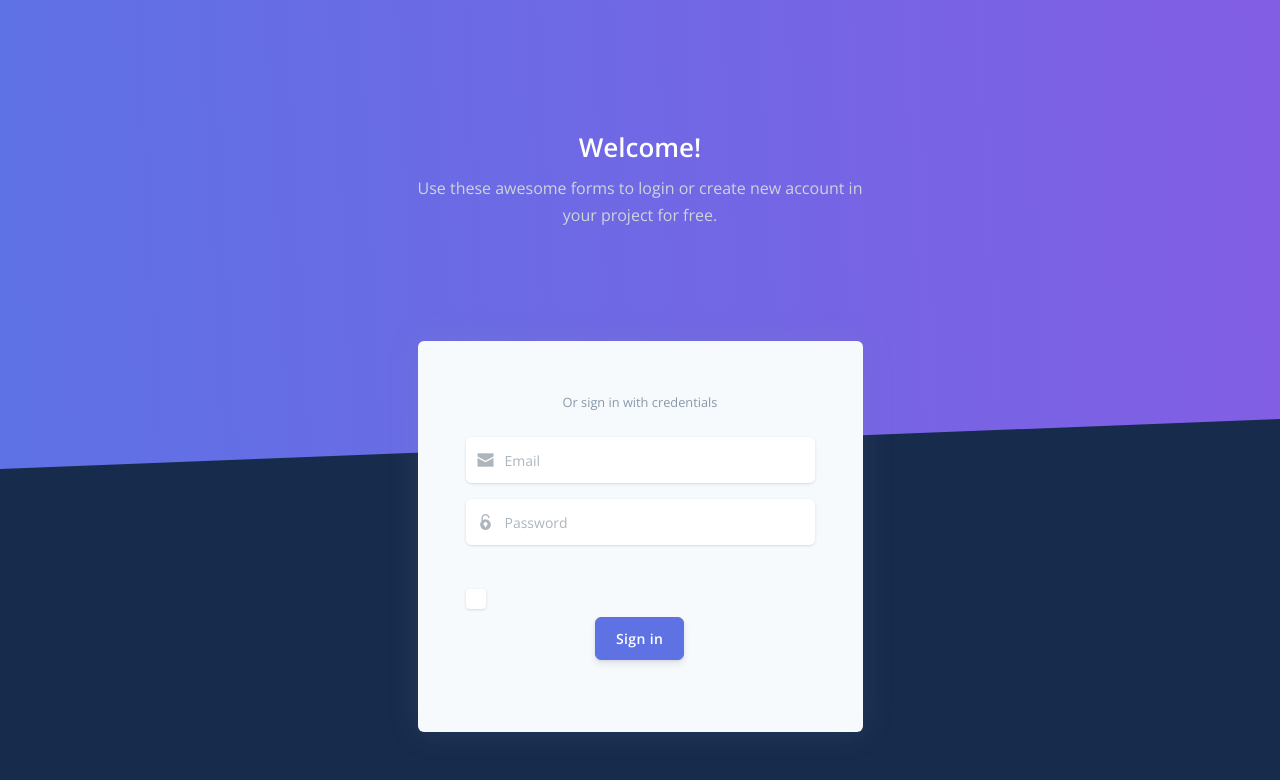
Repository: Hareeshgoli/restuarnt
Page: http://localhost/login
An editor plug-in stored every save of this project. The page is shown before and after the next save, followed by the edit.
The browser window is 1280 px wide. The pictures show the whole page.
The page is this project's Thymeleaf template; nobody is signed in. The template is opened directly, without the code that normally fills it, so the values that code supplies are empty.

Above is the page before, as saved 2020-02-28 10:01:14.

After the next save:
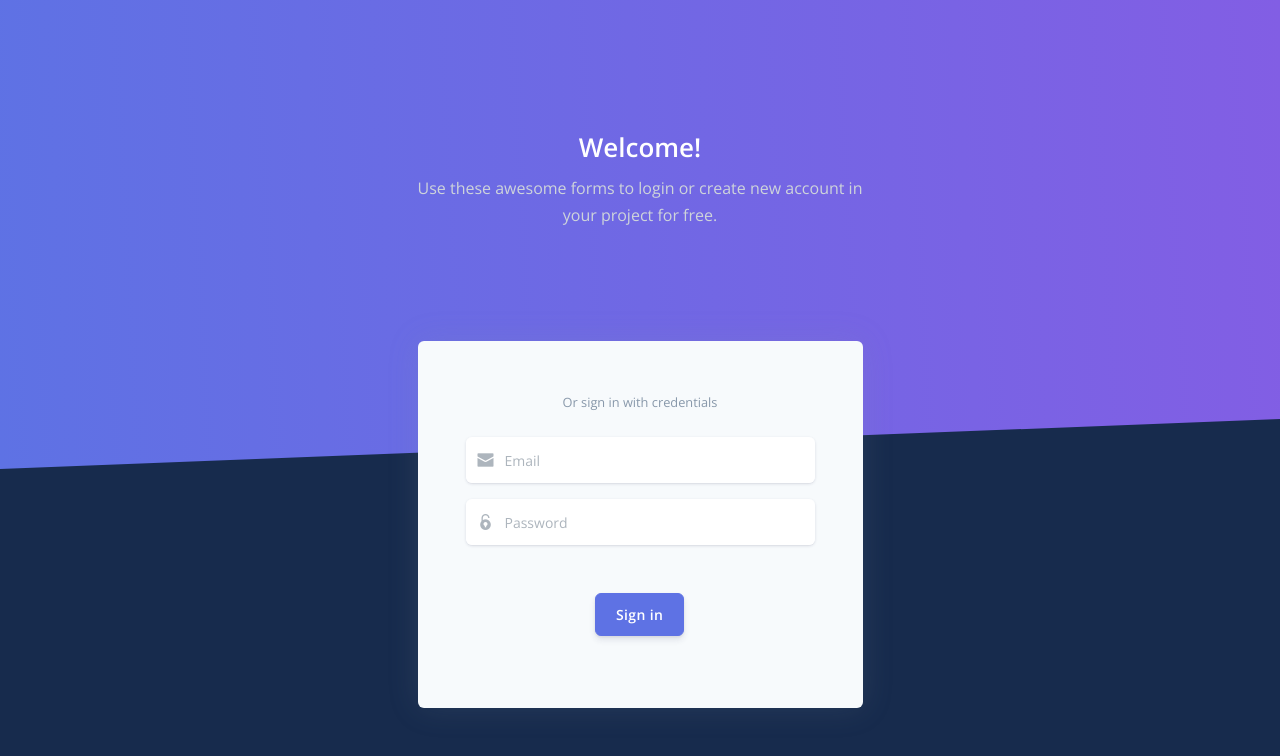
Saved 97 s later.
--- a/resturant/src/main/resources/templates/login.html
+++ b/resturant/src/main/resources/templates/login.html
@@ -66,11 +66,6 @@
                     <input class="form-control" placeholder="Password" type="password">
                   </div>
                 </div>
-                <div class="custom-control custom-control-alternative custom-checkbox">
-                  <input class="custom-control-input" id=" customCheckLogin" type="checkbox">
-                  <label class="custom-control-label" for=" customCheckLogin">
-                  </label>
-                </div>
                 <div class="text-center">
                   <button type="button" class="btn btn-primary my-4">Sign in</button>
                 </div>
